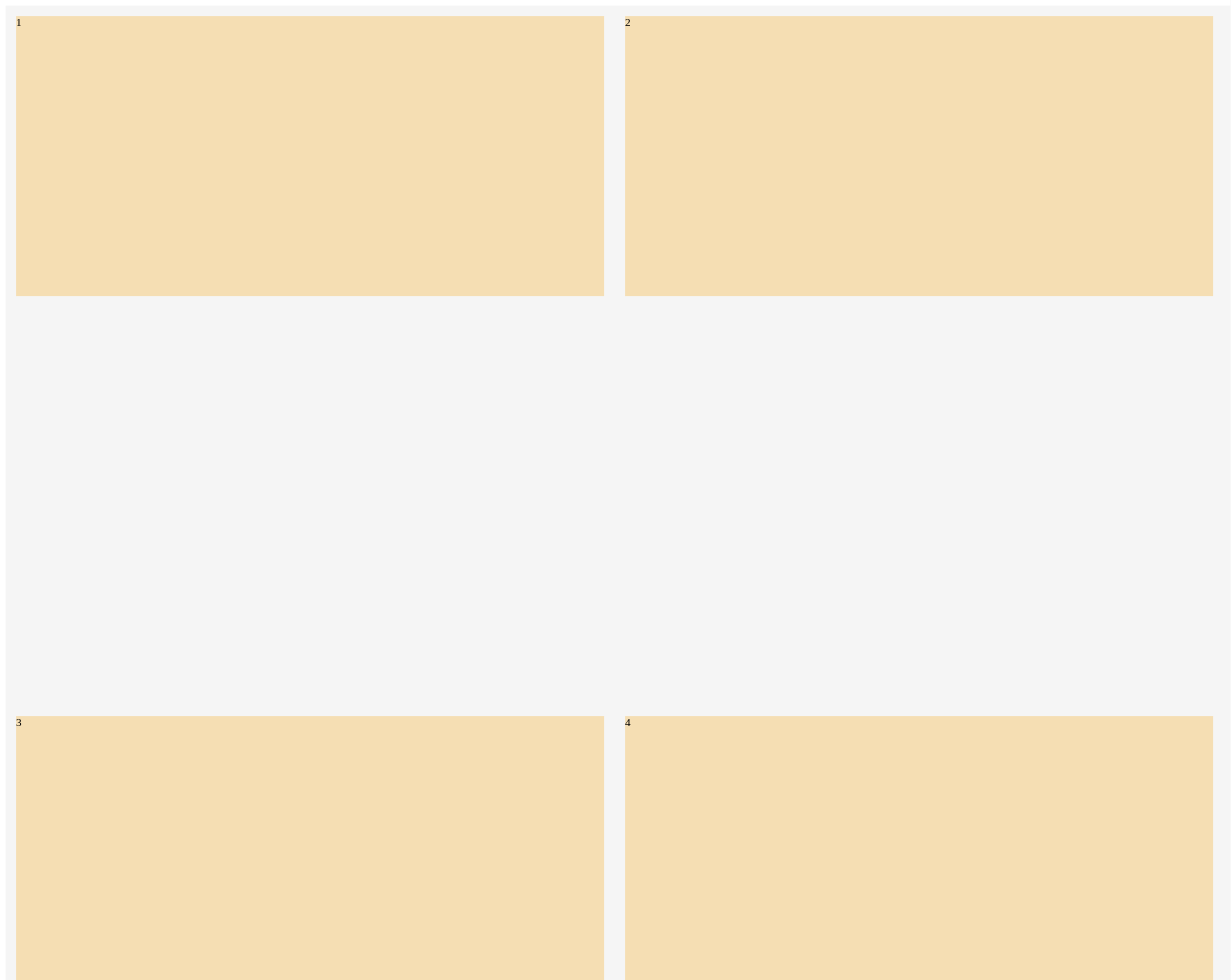
Repository: yuquan1006/-
Page: 02_css/test2.html
These files come from the project's save history. The page is drawn as it stood at one moment and after a run of saves; the edit follows.
The browser window is 1280 px wide. The page is 1758 px wide, then 1280 px, so the pictures cover 1758 px, including what lies to the right of the window. The pictures show the part of the page from y = 0 to 1400 px (the page is 2016 px tall before and 1736 px after), at 70% of full size.

Above is the page before, as saved 2023-07-04 15:32:06.

### 02_css/test2.html
<!DOCTYPE html>
<html lang="en">
<head>
    <meta charset="UTF-8">
    <meta name="viewport" content="width=device-width, initial-scale=1.0">
    <title>Document</title>
    <!--


     -->
    <style>

        .parent{
            display: flex;
            justify-content: flex-start ;
            flex-flow: row wrap;
            width: 1750px;
            height: 2000px;
            background-color: whitesmoke;
        }
        .child{
            width: 840px;
            height: 400px;
            margin: 15px;
            background-color: wheat;
        }
    </style>
</head>
<body>
    <div class="parent">
        <div class="child">1</div>
        <div class="child">2</div>
        <div class="child">3</div>
        <div class="child">4</div>
    </div>

</body>
</html>

After the next 2 saves:
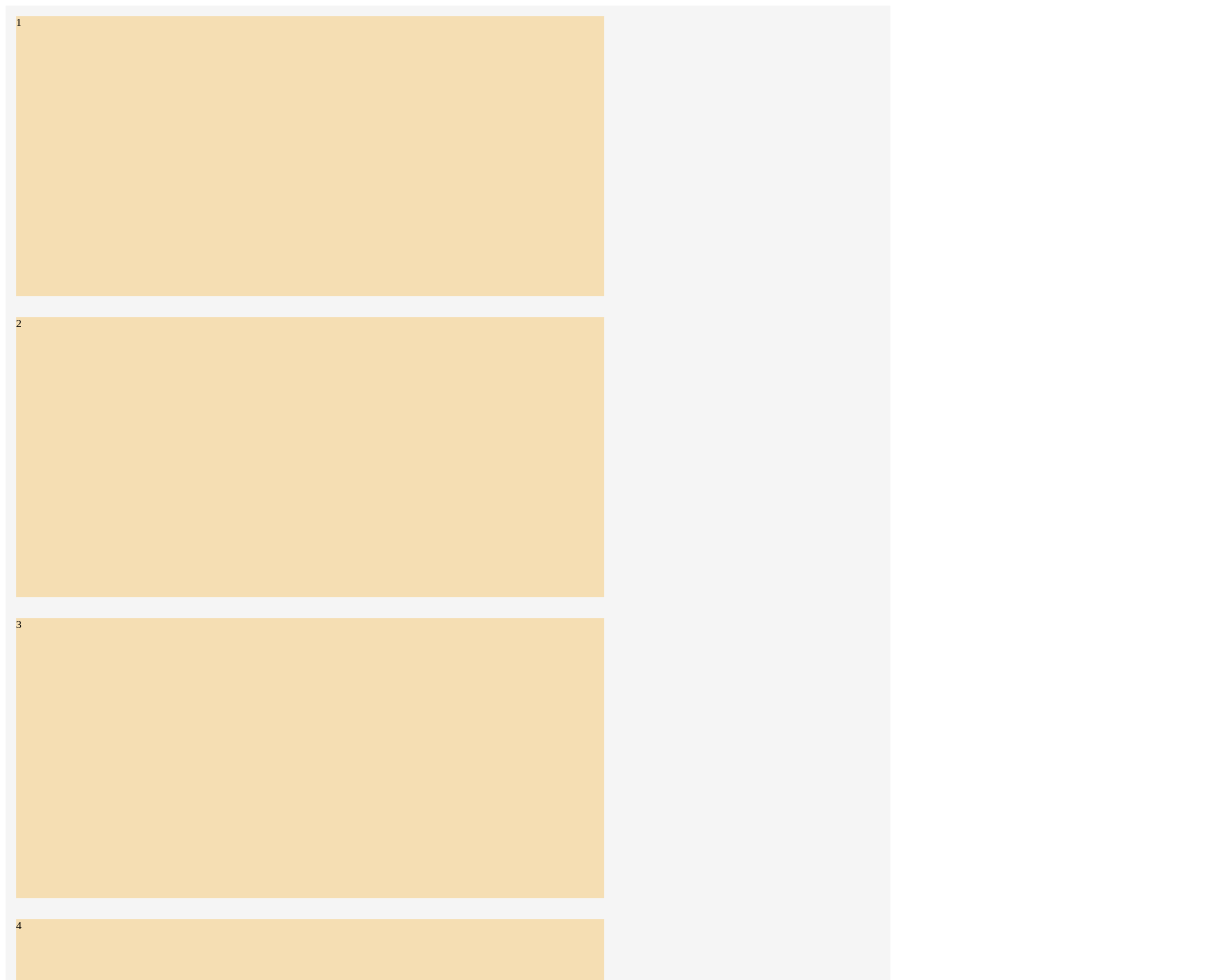
The 2 saves are shown as one change because they came seconds apart.
The last was saved 28 s later.
--- a/02_css/test2.html
+++ b/02_css/test2.html
@@ -14,8 +14,6 @@
             display: flex;
             justify-content: flex-start ;
             flex-flow: row wrap;
-            width: 1750px;
-            height: 2000px;
             background-color: whitesmoke;
         }
         .child{
